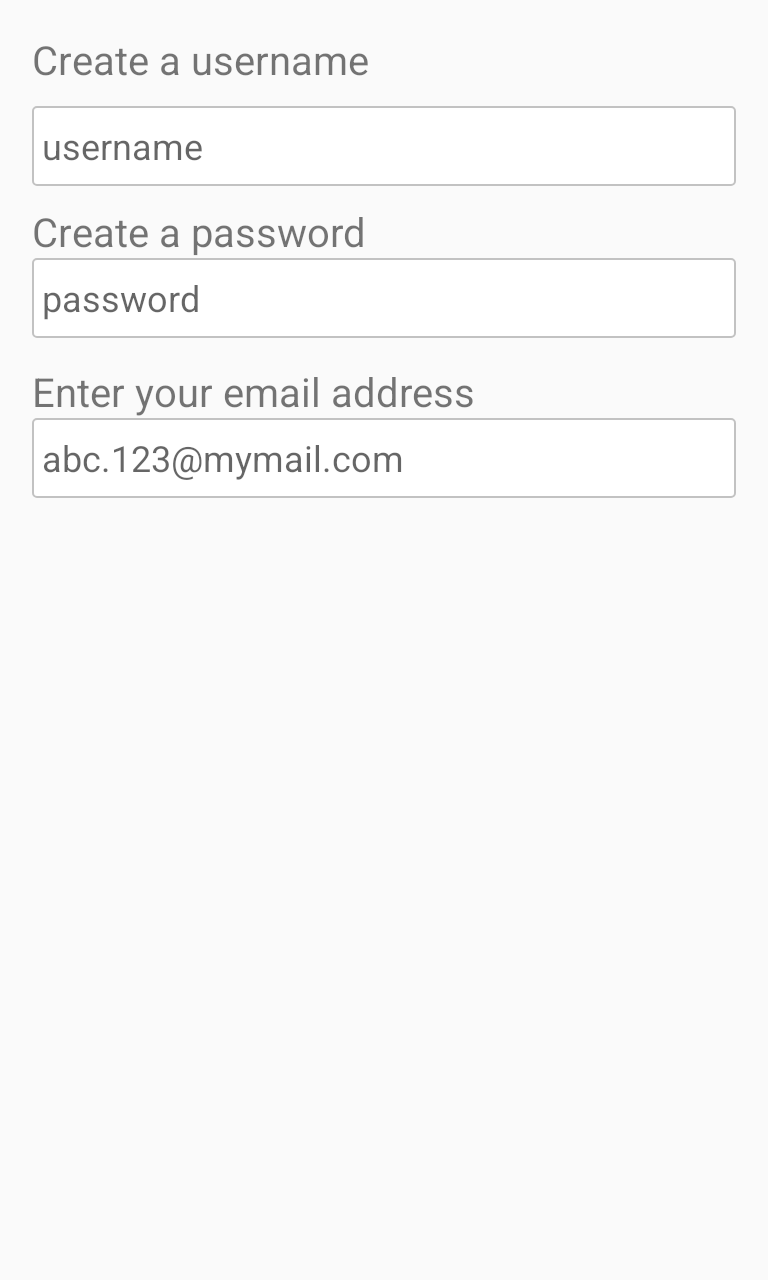
Repository: israelhill/Noteworthy
Layout: Noteworthy/res/layout/fragment_sign_up.xml
These files come from the project's save history. The layout is drawn as it stood at one moment and after the next save; the edit follows.
It is drawn on a 768 x 1280 px phone screen (xhdpi) without system bars, with theme AppTheme; the app's code is not run.

Above is the layout before, as saved 2014-09-06 10:55:34.

After the next save:
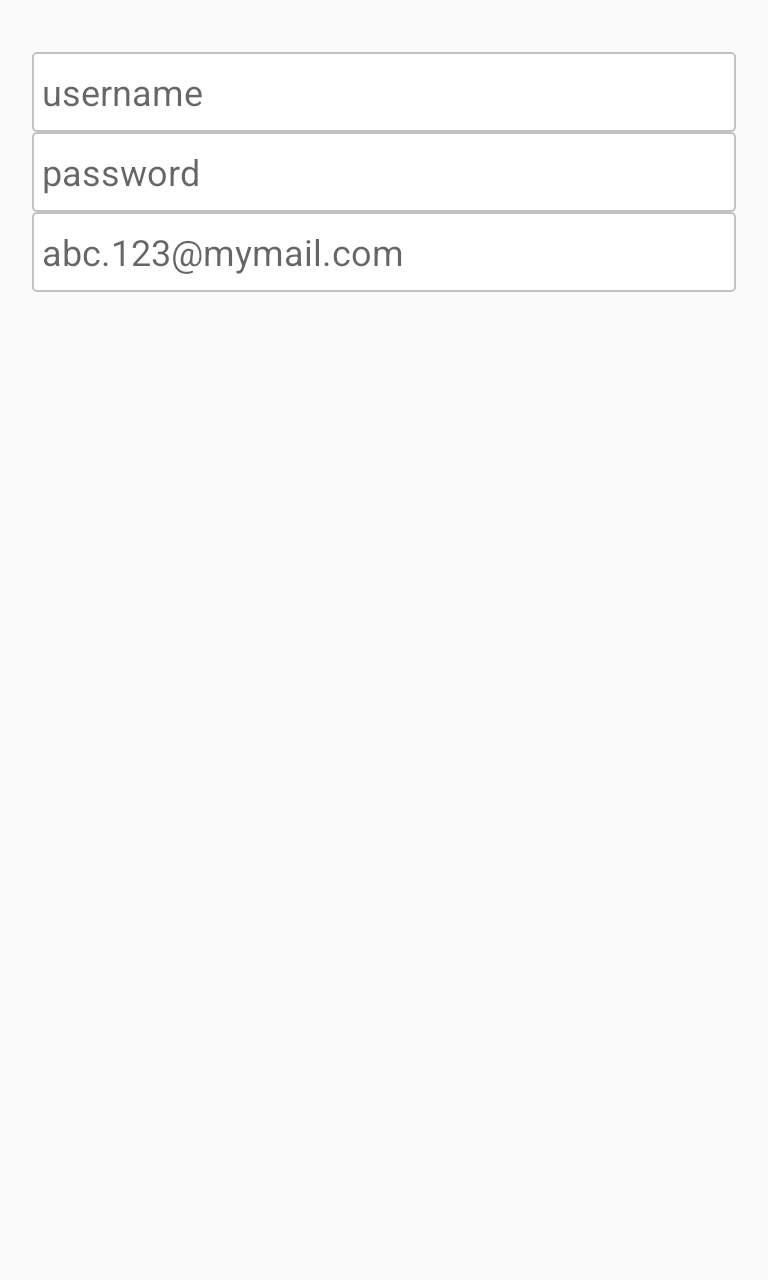
Saved 4 min 20 s later.
--- a/Noteworthy/res/layout/fragment_sign_up.xml
+++ b/Noteworthy/res/layout/fragment_sign_up.xml
@@ -9,27 +9,15 @@
     tools:context="com.noteworthy.SignUp$PlaceholderFragment"
     android:orientation="vertical" >
 
-    <TextView
-        android:layout_width="wrap_content"
-        android:layout_height="wrap_content"
-        android:text="@string/enter_username"
-        android:textSize="20sp" />
-
     <EditText
     android:id="@+id/signup_username"
     android:layout_width="match_parent"
     android:layout_height="40dp"
     android:hint="@string/username"
-    android:layout_marginBottom="9dp"
     android:layout_marginTop="10dp"
     android:paddingLeft="5dp"
     android:background="@drawable/sign_up_fields"/>
 
-    <TextView
-        android:layout_width="wrap_content"
-        android:layout_height="wrap_content"
-        android:text="@string/enter_password"
-        android:textSize="20sp"/>
 
 <EditText
     android:id="@+id/signup_password"
@@ -38,14 +26,8 @@
     android:hint="@string/password"
     android:inputType="textPassword"
     android:paddingLeft="5dp"
-    android:layout_marginBottom="13dp"
     android:background="@drawable/sign_up_fields"/>
 
-<TextView
-        android:layout_width="wrap_content"
-        android:layout_height="wrap_content"
-        android:text="@string/enter_email"
-        android:textSize="20sp" />
 
 <EditText
     android:id="@+id/email"
